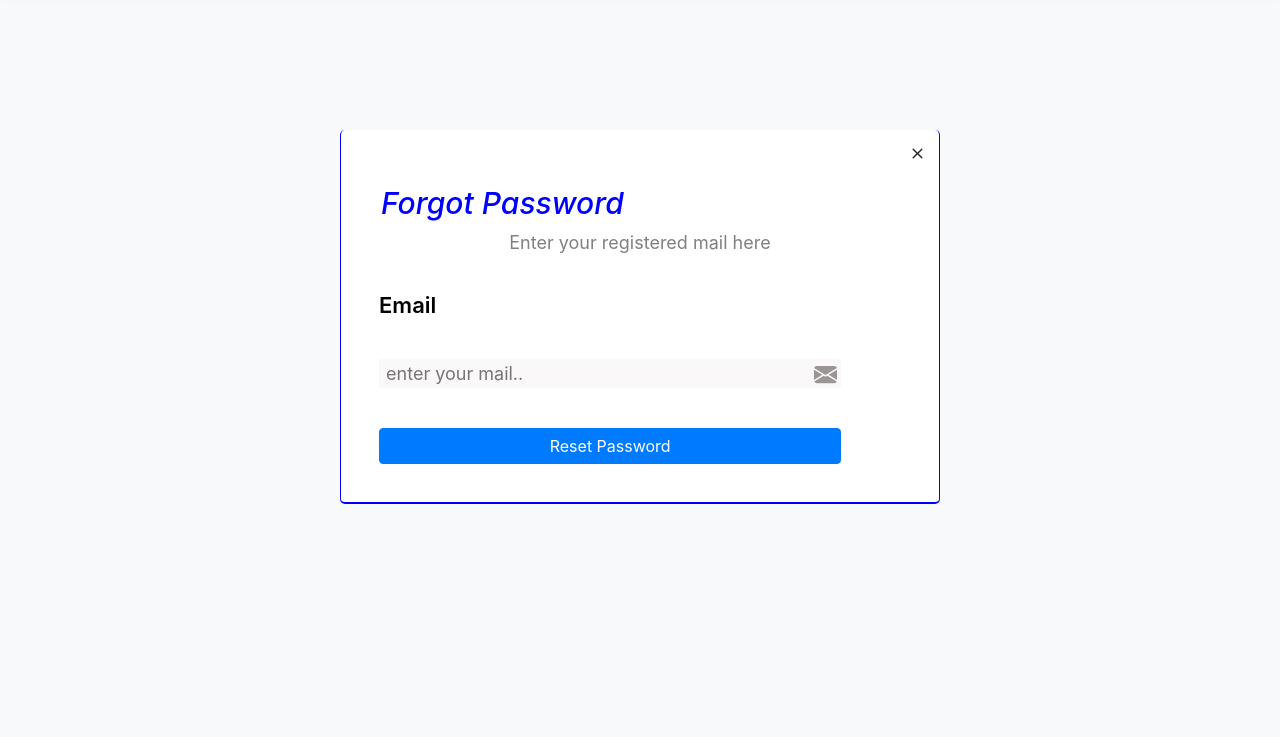
Repository: siri548/Karyakartha
Page: forgotPage.html
An editor plug-in stored every save of this project. The page is shown before and after the next save, followed by the edit.
The browser window is 1280 px wide. The pictures show the part of the page from y = 346 to 1083 px (the page is 1083 px tall before and 1043 px after).
A picture or video elsewhere on the page could not be fetched, so the positions and the page height are approximate.

Above is the page before, as saved 2023-11-05 07:14:39.
Console error (its wording comes from the project's code and is left out).

### forgotPage.html
<!DOCTYPE html>
<html lang="en">

<head>
    <meta charset="UTF-8">
    <meta name="viewport" content="width=device-width, initial-scale=1.0">
    <link rel="stylesheet" href="https://cdn.jsdelivr.net/npm/bootstrap@4.6.2/dist/css/bootstrap.min.css">


    <script src="https://cdn.jsdelivr.net/npm/bootstrap@4.6.2/dist/js/bootstrap.bundle.min.js" integrity="sha384-Fy6S3B9q64WdZWQUiU+q4/2Lc9npb8tCaSX9FK7E8HnRr0Jz8D6OP9dO5Vg3Q9ct" crossorigin="anonymous"></script>
    <script src="https://cdn.jsdelivr.net/npm/jquery@3.5.1/dist/jquery.slim.min.js" integrity="sha384-DfXdz2htPH0lsSSs5nCTpuj/zy4C+OGpamoFVy38MVBnE+IbbVYUew+OrCXaRkfj" crossorigin="anonymous"></script>
    <script src="https://cdn.jsdelivr.net/npm/popper.js@1.16.1/dist/umd/popper.min.js" integrity="sha384-9/reFTGAW83EW2RDu2S0VKaIzap3H66lZH81PoYlFhbGU+6BZp6G7niu735Sk7lN" crossorigin="anonymous"></script>

    <link rel="stylesheet" href="https://fonts.googleapis.com/css?family=Audiowide">

    <link rel="stylesheet" text="css/text" href="forgotPage.css">
</head>

<body>
    <div class="bg-forgotPage bg-light">
        <nav class="navbar navbar-expand-lg navbar-light bg-white shadow">
            <div class="d-none d-md-block">
                <a class=" navbar-brand " href="# " class="d-none d-md-block ">
                    <img src="D:\icons\IMG-20231101-WA0001.jpg " class="logo ">
                </a>
            </div>

            <div class="d-block d-md-none">
                <a class="navbar-brand " href="# " class="d-md-none d-block ">
                    <svg xmlns="http://www.w3.org/2000/svg " width="23 " height="23 " fill="currentColor " class="bi bi-chevron-left " viewBox="0 0 16 16 ">
<path fill-rule = "evenodd " d                        = "M11.354 1.646a.5.5 0 0 1 0 .708L5.707 8l5.647 5.646a.5.5 0 0 1-.708.708l-6-6a.5.5 0 0 1 0-.708l6-6a.5.5 0 0 1 .708 0z "/>
</svg>
                </a>
            </div>
            <button class=" navbar-toggler text-right " type="button " data-toggle="collapse " data-target="#navbarNavAltMarkup " aria-controls="navbarNavAltMarkup " aria-expanded="false " aria-label="Toggle navigation ">
            <span class         = "navbar-toggler-icon "></span>
                </button>
            <div class="collapse navbar-collapse " id="navbarNavAltMarkup ">
                <div class="navbar-nav ml-auto ">

                </div>

        </nav>

        <div class="d-flex justify-content-center">
            <div class=" forgotPage-card shadow-none d-none d-md-block">
                <div class="text-right ">
                    <svg xmlns="http://www.w3.org/2000/svg " width="23" height="23 " fill="currentColor " class="bi bi-x " viewBox="0 0 16 16 ">
<path d     = "M4.646 4.646a.5.5 0 0 1 .708 0L8 7.293l2.646-2.647a.5.5 0 0 1 .708.708L8.707 8l2.647 2.646a.5.5 0 0 1-.708.708L8 8.707l-2.646 2.647a.5.5 0 0 1-.708-.708L7.293 8 4.646 5.354a.5.5 0 0 1 0-.708z "/>
</svg>

                </div>

                <h1 class="forgotHeading text-left">Forgot Password</h1>
                <div class="text-center ">
                    <p class="forgotPage-para ">Enter your registered mail here</p>
                </div>
                <div>
                    <h1 class="forgotPage-emailHeading ">Email</h1>
                </div>
                <div class="forgotContainer ">
                    <div class="forgotPage-inputContainer ">
                        <input type="text " placeholder=" enter your mail.. " class="forgotPage-input " id="emailInput ">
                        <svg xmlns="http://www.w3.org/2000/svg " width="23 " height="23 " fill="currentColor " class="bi bi-envelope-fill forgotPage-envelopeIcon text-end " viewBox="0 0 16 16 ">
<path d     = "M.05 3.555A2 2 0 0 1 2 2h12a2 2 0 0 1 1.95 1.555L8 8.414.05 3.555ZM0 4.697v7.104l5.803-3.558L0 4.697ZM6.761 8.83l-6.57 4.027A2 2 0 0 0 2 14h12a2 2 0 0 0 1.808-1.144l-6.57-4.027L8 9.586l-1.239-.757Zm3.436-.586L16 11.801V4.697l-5.803 3.546Z "/>
</svg>
                    </div>

                    <button class=" btn btn-primary forgotPage-resetButton ">Reset Password</button>

                </div>

            </div>

            <div class="forgotPage-cardsmallDevices shadow d-md-none d-block ">
                <div class="text-right ">
                    <svg xmlns="http://www.w3.org/2000/svg " width="23" height="23" fill=" currentColor " class="bi bi-x " viewBox="0 0 16 16 ">
<path d     = "M4.646 4.646a.5.5 0 0 1 .708 0L8 7.293l2.646-2.647a.5.5 0 0 1 .708.708L8.707 8l2.647 2.646a.5.5 0 0 1-.708.708L8 8.707l-2.646 2.647a.5.5 0 0 1-.708-.708L7.293 8 4.646 5.354a.5.5 0 0 1 0-.708z "/>
</svg>

                </div>

                <h1 class="forgotPageHeadingSmallDevice "> Forgot Password</h1>
                <div class=" text-center ">
                    <p class="forgotPage-para ">Enter your registered mail here</p>
                </div>
                <div>
                    <h1 class="forgotPage-emailHeading text-left ">Email</h1>
                </div>
                <div class="forgotContainer ">
                    <div class="forgotPage-inputContainer ">
                        <input type="text " placeholder=" enter your mail.. " class="forgotPage-input " id="emailInput ">

                        <svg xmlns="http://www.w3.org/2000/svg " width="16 " height="16 " fill="currentColor " class="bi bi-envelope-fill forgotPage-envelopeIcon text-end " viewBox="0 0 16 16 ">
<path d     = "M.05 3.555A2 2 0 0 1 2 2h12a2 2 0 0 1 1.95 1.555L8 8.414.05 3.555ZM0 4.697v7.104l5.803-3.558L0 4.697ZM6.761 8.83l-6.57 4.027A2 2 0 0 0 2 14h12a2 2 0 0 0 1.808-1.144l-6.57-4.027L8 9.586l-1.239-.757Zm3.436-.586L16 11.801V4.697l-5.803 3.546Z "/>
</svg>
                    </div>

                    <button class=" btn btn-primary forgotPage-resetButton ">Reset Password</button>

                </div>
            </div>

        </div>
        <div class="d-flex justify-content-center ">
            <hr class="hrLine"> </div>
        </div>
</body>

</html>

</html>

### forgotPage.css
                                                        .bg-forgotpage {
                                                            background-color: lightgrey;
                                                            height: 150vh;
                                                        }

                                                        .logo {
                                                            background-size: cover;
                                                        }

                                                        .karykartaname {
                                                            font-size: 25px;
                                                            color: black;
                                                            font-family: "Audiowide", sans-serif;
                                                        }

                                                        .forgotPage-card {
                                                            background-color: white;
                                                            border-color: blue;
                                                            border-top: 0px;
                                                            border-right: 1px solid blue;
                                                            border-left: 1px solid blue;
                                                            border-bottom: 2px solid blue;
                                                            border-radius: 5px;
                                                            padding: 10px;
                                                            width: 600px;
                                                            margin-top: 150px;
                                                            margin-bottom: 200px;
                                                        }

                                                        .forgotPage-closeIcon {
                                                            color: black;
                                                            font-size: 25px;
                                                            padding-right: 10px;
                                                        }

                                                        .forgotHeading {
                                                            color: blue;
                                                            font-size: 30px;
                                                            padding-left: 30px;
                                                            padding-top: 20px;
                                                            font-style: italic;
                                                        }

                                                        .karyakartha-tagline {
                                                            color: lightsteelblue;
                                                            font-size: 16px;
                                                        }

                                                        .forgotPage-para {
                                                            color: grey;
                                                            font-size: 18px;
                                                        }

                                                        .forgotPage-emailHeading {
                                                            color: black;
                                                            font-weight: 600;
                                                            font-size: 22px;
                                                            padding: 20px;
                                                            margin: 8px;
                                                        }

                                                        .forgotPage-envelopeIcon {
                                                            color: rgb(155, 150, 150);
                                                            font-size: 25px;
                                                            margin-left: 10px;
                                                            margin: 2px;
                                                            margin-top: 4px;
                                                            margin-right: 4px;
                                                        }

                                                        .forgotPage-inputContainer {
                                                            background-color: rgb(250, 248, 248);
                                                            margin: 20px;
                                                            font-size: 18px;
                                                            display: flex;
                                                            width: 100%;
                                                        }

                                                        .forgotPage-input {
                                                            background-color: rgb(250, 248, 248);
                                                            border-width: 0px;
                                                            outline: none;
                                                            border: none;
                                                            flex: 1;
                                                        }

                                                        .forgotPage-resetButton {
                                                            padding: 5px;
                                                            text-align: center;
                                                            text-align: center;
                                                            width: 100%;
                                                            margin: 20px;
                                                        }

                                                        .forgotPage-cardsmallDevices {
                                                            background-color: white;
                                                            margin: 20px;
                                                            color: black;
                                                            text-align: center;
                                                            border-radius: 10px;
                                                        }

                                                        .hrline {
                                                            border-width: 2px;
                                                            color: black;
                                                            text-align: center;
                                                            padding: 30px;
                                                            margin-top: 40px;
                                                        }

                                                        .forgotContainer {
                                                            margin: 8px;
                                                            width: 80%;
                                                        }

                                                        .forgotPageHeadingSmallDevice {
                                                            font-size: 25px;
                                                            color: black;
                                                            margin: 10px;
                                                        }

After the next save:
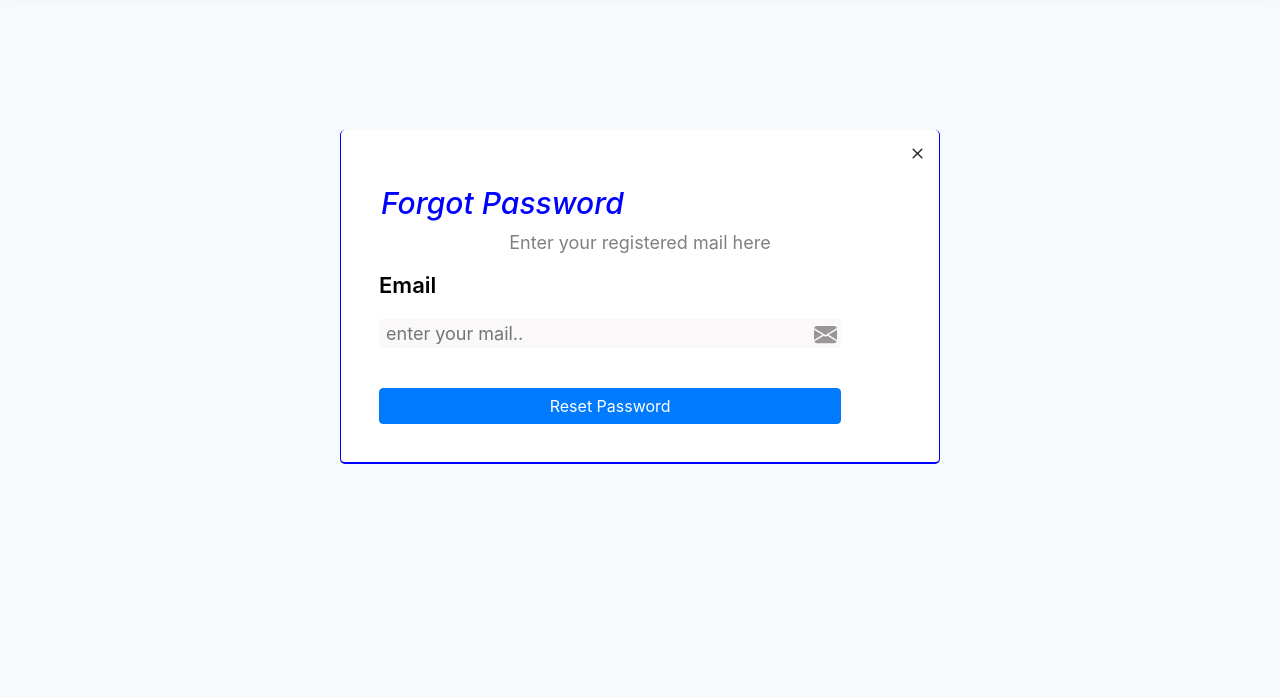
Saved 38 s later.
--- a/forgotPage.css
+++ b/forgotPage.css
@@ -55,7 +55,7 @@
                                                             color: black;
                                                             font-weight: 600;
                                                             font-size: 22px;
-                                                            padding: 20px;
+                                                            padding-left: 20px;
                                                             margin: 8px;
                                                         }
 
